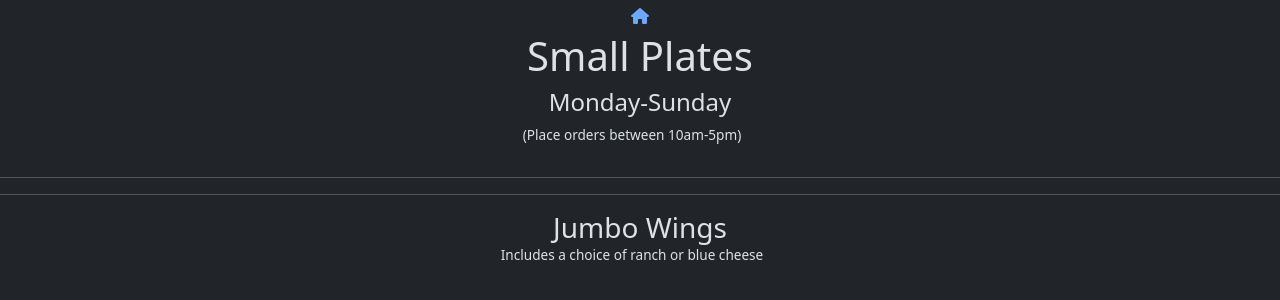
Repository: dukedward/smokehousemenu
Page: plates/index.html
These files come from the project's save history. The page is drawn as it stood at one moment and after the next save; the edit follows.
The browser window is 1280 px wide. The pictures show the whole page.
Some web libraries are served in a nearby version.

Above is the page before, as saved 2023-03-06 12:14:45.

After the next save:
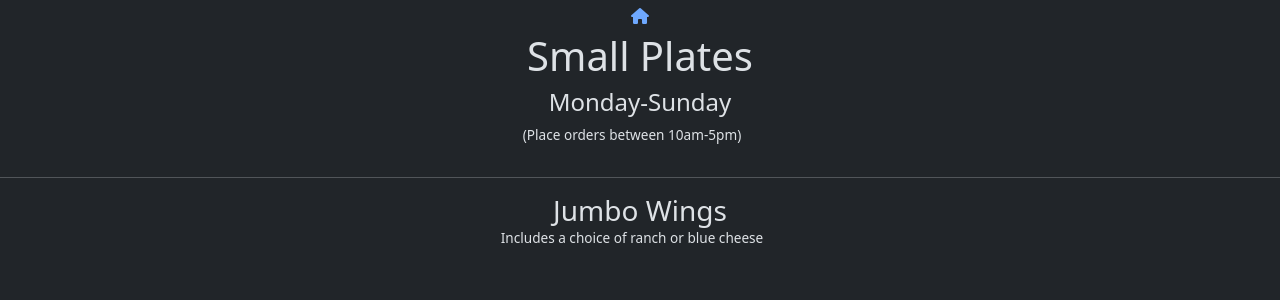
Saved 12 s later.
--- a/plates/index.html
+++ b/plates/index.html
@@ -19,8 +19,8 @@
         <h4>Monday-Sunday</h4>
         <p>(Place orders between 10am-5pm)</p>
     </div>
-    <hr>
-    <!-- <div class="sections">
+    <!-- <hr>
+    <div class="sections">
         <div class="sect">
             <h3>Jumbo Wings</h3>
             <div class="desc">
